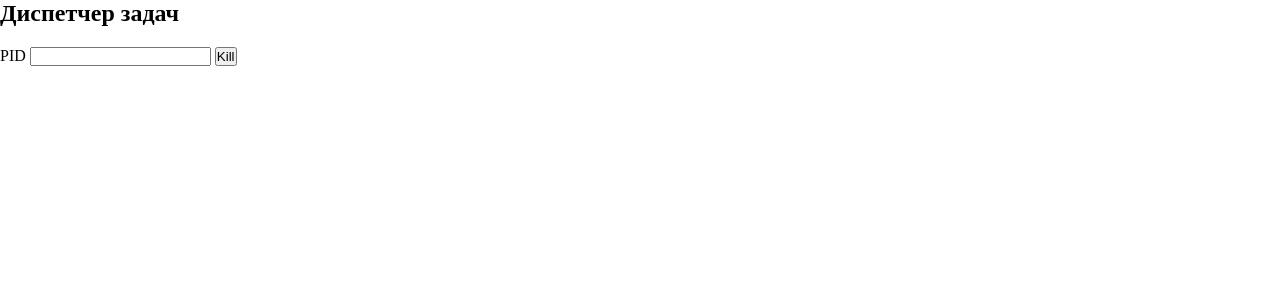
Repository: Predkor/OC
Page: index.html
The author's editor kept a copy of each file at every save. The page is drawn from the files as they stood at one save, then again after the next save.
The browser window is 1280 px wide. The pictures show the whole page.
The page's requests for data from a server got no answer.

Above is the page before, as saved 2024-09-25 16:17:30.

After the next save:
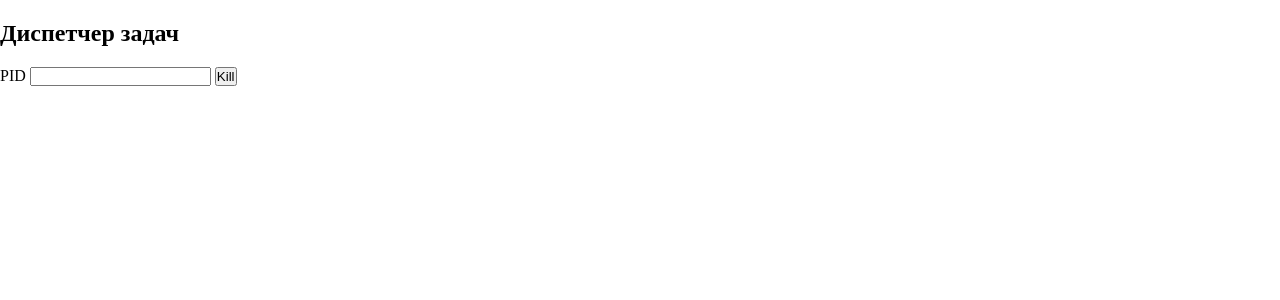
Saved 13 s later.
--- a/index.html
+++ b/index.html
@@ -41,6 +41,10 @@
 
         td {
             word-break: break-all;
+        }
+
+        .manager-block {
+            margin-top: 20px;
         }
 
         .process {
